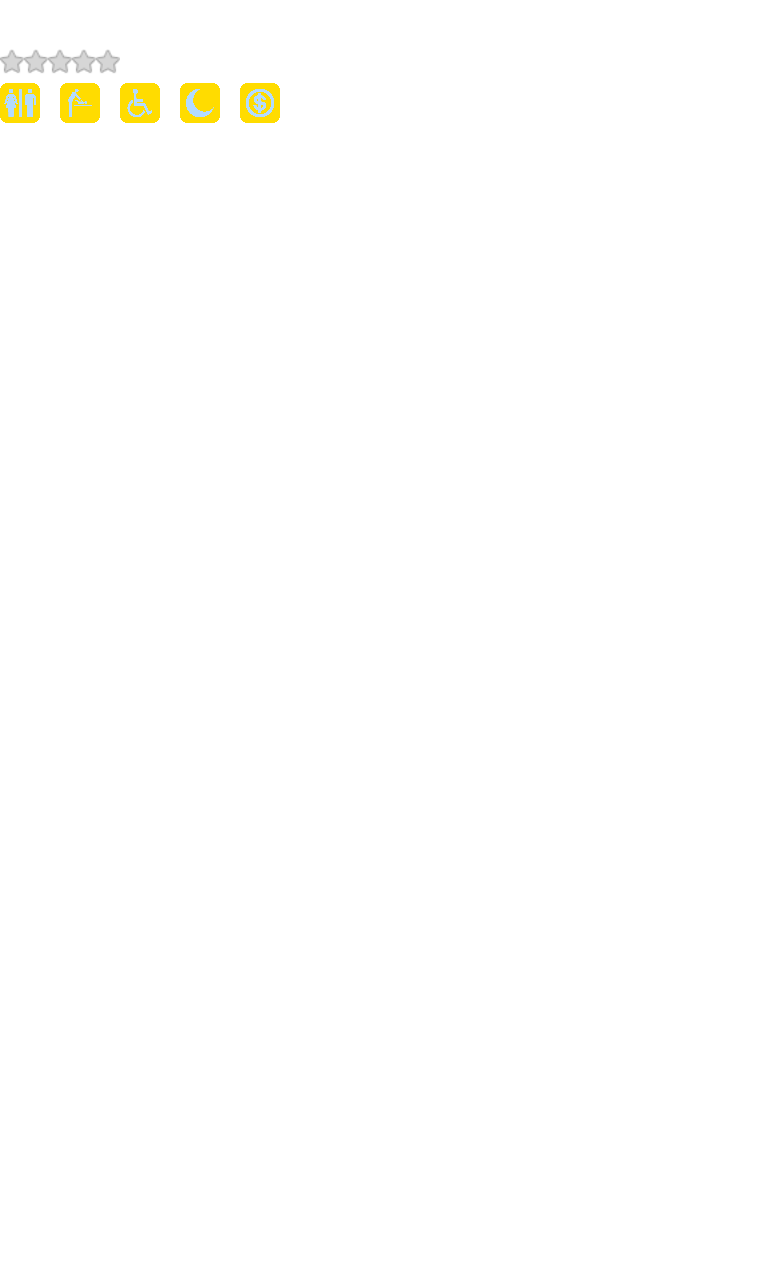
Repository: asocha/toilettalk
Layout: Android/workspace/ToiletTalk/res/layout/google_maps_marker.xml
These files come from the project's save history. The layout is drawn as it stood at one moment and after the next save; the edit follows.
It is drawn on a 768 x 1280 px phone screen (xhdpi) without system bars, with theme AppTheme; the app's code is not run.

Above is the layout before, as saved 2013-04-28 22:10:31.

### Android/workspace/ToiletTalk/res/layout/google_maps_marker.xml
<?xml version="1.0" encoding="utf-8"?>
<RelativeLayout xmlns:android="http://schemas.android.com/apk/res/android"
	android:layout_width="wrap_content"
	android:layout_height="wrap_content"
	android:orientation="horizontal">



	<LinearLayout
	    android:id="@+id/marker_content"
		android:layout_width="wrap_content"
		android:layout_height="wrap_content"
		android:orientation="vertical">

		<TextView
			android:id="@+id/marker_title"
			android:layout_width="wrap_content"
			android:layout_height="wrap_content"
			android:textAppearance="?android:attr/textAppearanceMedium"/>

		<RatingBar
		    android:id="@+id/marking_rating"
		    android:layout_width="wrap_content"
		    android:layout_height="wrap_content"
		    style="?android:attr/ratingBarStyleSmall" />
	</LinearLayout>

	<TextView
		android:id="@+id/marker_address"
		android:layout_width="wrap_content"
		android:layout_height="wrap_content"
		android:layout_below="@id/view_icons"
		android:textAppearance="?android:attr/textAppearanceSmall"/>

	<LinearLayout
        android:id="@+id/view_icons"
        android:layout_width="wrap_content"
        android:layout_marginTop="3dp"
        android:layout_height="@dimen/icons_size"
        android:layout_below="@+id/marker_content" >

        <ToggleButton
            android:id="@+id/button_unisex"
            android:layout_marginRight="10dp"
            android:layout_width="@dimen/icons_size"
            android:layout_height="fill_parent"
            android:background="@drawable/button_unisex"
            android:textOn=""
            android:textOff="" />

        <ToggleButton
            android:id="@+id/button_babystation"
            android:layout_marginRight="10dp"
            android:layout_width="@dimen/icons_size"
            android:layout_height="fill_parent"
            android:background="@drawable/button_baby_station"
            android:textOn=""
            android:textOff="" />

        <ToggleButton
            android:id="@+id/button_handicap"
            android:layout_marginRight="10dp"
            android:layout_width="@dimen/icons_size"
            android:layout_height="fill_parent"
            android:background="@drawable/button_handicap"
            android:textOn=""
            android:textOff="" />

        <ToggleButton
            android:id="@+id/button_24hours"
            android:layout_marginRight="10dp"
            android:layout_width="@dimen/icons_size"
            android:layout_height="fill_parent"
            android:background="@drawable/button_24hours"
            android:textOn=""
            android:textOff="" />

        <ToggleButton
            android:id="@+id/button_money"
            android:layout_marginRight="10dp"
            android:layout_width="@dimen/icons_size"
            android:layout_height="fill_parent"
            android:background="@drawable/button_money"
            android:textOn=""
            android:textOff="" />
    </LinearLayout>

	<ImageView
		android:id="@+id/marker_image"
		android:layout_below="@id/marker_address"
		android:layout_width="40dp"
		android:layout_height="40dp"
		android:visibility="gone"
		android:contentDescription="@string/restroom_image"/>
</RelativeLayout>

### Android/workspace/ToiletTalk/res/values/styles.xml
<resources xmlns:android="http://schemas.android.com/apk/res/android">

    <!--
        Base application theme, dependent on API level. This theme is replaced
        by AppBaseTheme from res/values-vXX/styles.xml on newer devices.
    -->
    <style name="AppBaseTheme" parent="android:Theme.Light">
        <!--
            Theme customizations available in newer API levels can go in
            res/values-vXX/styles.xml, while customizations related to
            backward-compatibility can go here.
        -->
    </style>

    <!-- Application theme. -->
    <style name="AppTheme" parent="android:Theme.Light.NoTitleBar">
        <!-- All customizations that are NOT specific to a particular API-level can go here. -->
    </style>

   	<style name="Theme.Main" parent="android:Theme.Holo.Light">
   	    <item name="android:windowContentOverlay">@null</item>
	</style>

   	<style name="EditText.InputStyle" parent="android:Widget.EditText">
   	   	<item name="android:ems">10</item>
   	   	<item name="android:layout_marginBottom">@dimen/margin_textinputs</item>
   	   	<item name="android:layout_marginTop">@dimen/margin_textinputs</item>
   	</style>

   	<style name="customRatingBar" parent="@android:style/Widget.RatingBar">
        <item name="android:progressDrawable">@drawable/custom_rating_bar_full</item>
        <item name="android:minHeight">1dp</item>
        <item name="android:maxHeight">1dp</item>
    </style>

</resources>

### Android/workspace/ToiletTalk/res/values/dimens.xml
<resources>
    <!-- Default screen margins, per the Android Design guidelines. -->
    <dimen name="activity_horizontal_margin">16dp</dimen>
    <dimen name="activity_vertical_margin">16dp</dimen>
    <dimen name="margin_drawable_shape_interior_padding">2dp</dimen>
    <dimen name="height_button_login_bottom">55dp</dimen>
    <dimen name="margin_header_alt_logo">45dp</dimen>
    <dimen name="margin_textinputs">2dp</dimen>
    <dimen name="width_page_container">250dp</dimen>
    <dimen name="textSize_buttons_login">20sp</dimen>
    <dimen name="textSize_buttons_login_bottom">20dp</dimen>
	<dimen name="width_login_buttons">115dp</dimen>
	<dimen name="margin_top_login_buttons">10dp</dimen>
	<dimen name="margin_imagebutton">8dp</dimen>
	<dimen name="padding_imagebutton">13dp</dimen>
	<dimen name="padding_menubutton_topbottom">6dp</dimen>
	<dimen name="padding_menubutton_sides">10dp</dimen>
	<dimen name="icons_size">20dp</dimen>
</resources>

### Android/workspace/ToiletTalk/res/drawable/button_unisex.xml
<?xml version="1.0" encoding="utf-8"?>
<selector xmlns:android="http://schemas.android.com/apk/res/android">
    <item android:drawable="@drawable/icon_unisex_selected" android:state_checked="true" android:state_pressed="true"/>
    <item android:drawable="@drawable/icon_unisex_selected" android:state_pressed="true"/>
    <item android:drawable="@drawable/icon_unisex_selected" android:state_checked="true" />
    <item android:drawable="@drawable/icon_unisex_unselected"/>
</selector>

### Android/workspace/ToiletTalk/res/drawable/button_baby_station.xml
<?xml version="1.0" encoding="utf-8"?>
<selector xmlns:android="http://schemas.android.com/apk/res/android">
    <item android:drawable="@drawable/icon_baby_station_selected" android:state_checked="true" android:state_pressed="true"/>
    <item android:drawable="@drawable/icon_baby_station_selected" android:state_pressed="true"/>
    <item android:drawable="@drawable/icon_baby_station_selected" android:state_checked="true" />
    <item android:drawable="@drawable/icon_baby_station_unselected"/>
</selector>

### Android/workspace/ToiletTalk/res/drawable/button_handicap.xml
<?xml version="1.0" encoding="utf-8"?>
<selector xmlns:android="http://schemas.android.com/apk/res/android">
    <item android:drawable="@drawable/icon_handicap_selected" android:state_checked="true" android:state_pressed="true"/>
    <item android:drawable="@drawable/icon_handicap_selected" android:state_pressed="true"/>
    <item android:drawable="@drawable/icon_handicap_selected" android:state_checked="true" />
    <item android:drawable="@drawable/icon_handicap_unselected"/>
</selector>

### Android/workspace/ToiletTalk/res/drawable/button_24hours.xml
<?xml version="1.0" encoding="utf-8"?>
<selector xmlns:android="http://schemas.android.com/apk/res/android">
    <item android:drawable="@drawable/icon_24hours_selected" android:state_checked="true" android:state_pressed="true"/>
    <item android:drawable="@drawable/icon_24hours_selected" android:state_pressed="true"/>
    <item android:drawable="@drawable/icon_24hours_selected" android:state_checked="true" />
    <item android:drawable="@drawable/icon_24hours_unselected"/>
</selector>

### Android/workspace/ToiletTalk/res/drawable/button_money.xml
<?xml version="1.0" encoding="utf-8"?>
<selector xmlns:android="http://schemas.android.com/apk/res/android">
    <item android:drawable="@drawable/icon_money_selected" android:state_checked="true" android:state_pressed="true"/>
    <item android:drawable="@drawable/icon_money_selected" android:state_pressed="true"/>
    <item android:drawable="@drawable/icon_money_selected" android:state_checked="true" />
    <item android:drawable="@drawable/icon_money_unselected"/>
</selector>

### Android/workspace/ToiletTalk/res/values/strings.xml
<?xml version="1.0" encoding="utf-8"?>
<resources>

    <string name="app_name">ToiletTalk</string>
    <string name="action_settings">Settings</string>
    <string name="hello_world">Hello world!</string>
    <string name="register">Register</string>
    <string name="login">Login</string>
    <string name="continue_guest">Continue as guest</string>
	<string name="uname_hint">Username</string>
	<string name="pass_hint">Password</string>
	<string name="email">Email Address</string>
	<string name="gender">Gender</string>
	<string name="reg_submit">Sign me up!</string>
	<string name="logo_description">Toilet Talk</string>
	<string name="error_login">Invalid username/password combination</string>
	<string name="error_reg">Registration Failed. Please check imput.</string>
	<string name="error_generic">Submittion failed due to network error.</string>
	<string name="error_continue">Return</string>
	<string name="first_name">First Name</string>
	<string name="last_name">Last Name</string>
	<string name="button_reset_map">Reset Map</string>
	<string name="button_text_compose_review">Compose</string>
	<string name="button_menu">Menu</string>
	<string name="button_review">Submit</string>
	<string name="location_name">Location Name</string>
	<string name="restroom_image">Restroom Image</string>
	<string name="image_instructions">Tap on the above thumbnail to attach a new image</string>
	<string name="expand">Expand</string>
</resources>

After the next save:
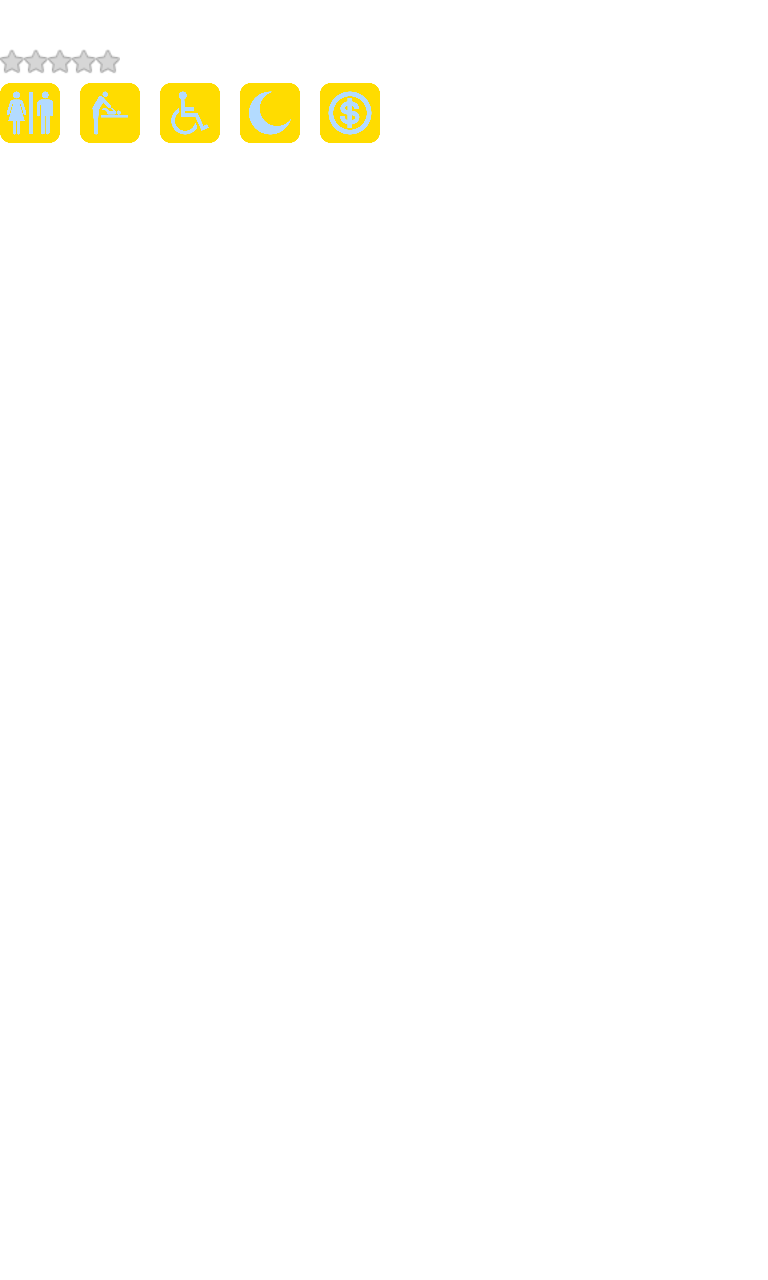
Saved 2 min 13 s later.
--- a/Android/workspace/ToiletTalk/res/values/dimens.xml
+++ b/Android/workspace/ToiletTalk/res/values/dimens.xml
@@ -15,5 +15,5 @@
 	<dimen name="padding_imagebutton">13dp</dimen>
 	<dimen name="padding_menubutton_topbottom">6dp</dimen>
 	<dimen name="padding_menubutton_sides">10dp</dimen>
-	<dimen name="icons_size">20dp</dimen>
+	<dimen name="icons_size">30dp</dimen>
 </resources>
